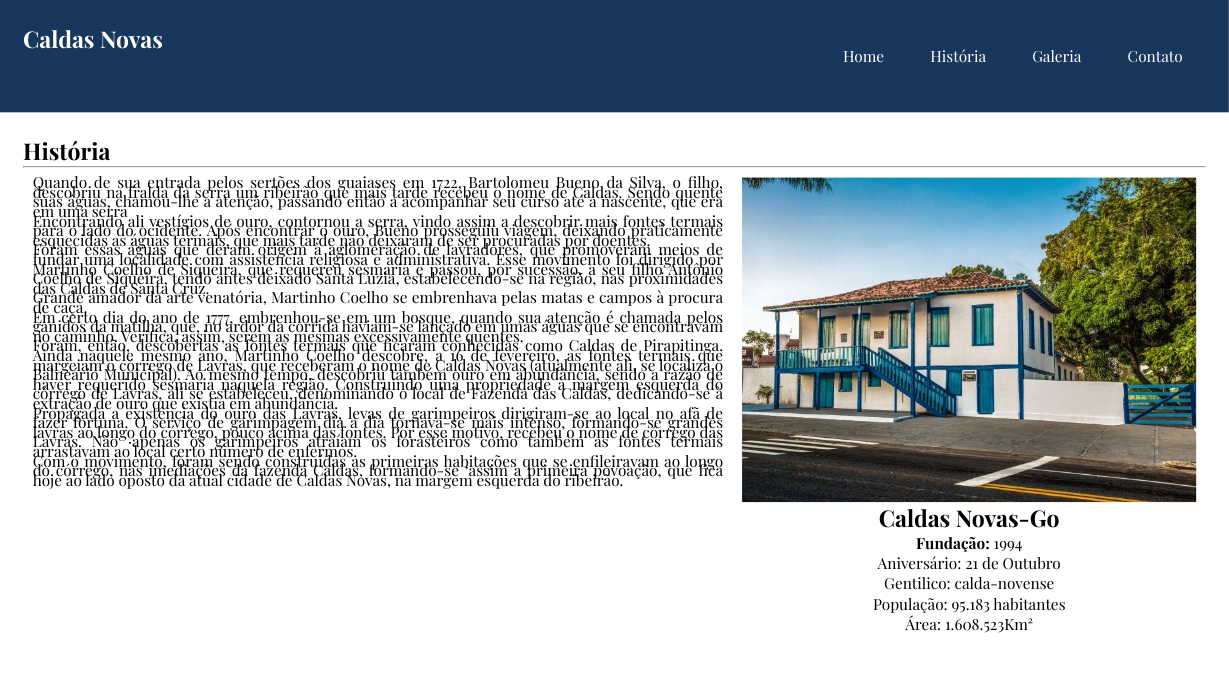
Repository: AbiezerSidonioJoseOdanacaJunior/DesafioLocalTuristico
Page: index.html
These files come from the project's save history. The page is drawn as it stood at one moment and after the next save; the edit follows.
The browser window is 1280 px wide. The pictures show the whole page, at 96% of full size.
Some web fonts or font styles are not loaded; a fallback is used.

Above is the page before, as saved 2024-11-11 16:05:01.

### index.html
<!DOCTYPE html>
<html lang="pt-br">
<head>
    <link rel="preconnect" href="https://fonts.googleapis.com">
    <link rel="preconnect" href="https://fonts.gstatic.com" crossorigin>
    <meta charset="UTF-8">
    <meta name="viewport" content="width=device-width, initial-scale=1.0">
    <title>Caldas Novas</title>
    <link rel="stylesheet" href="./css/style.css">
    <link href="https://fonts.googleapis.com/css2?family=Alice&family=Playfair+Display:ital,wght@0,400..900;1,400..900&display=swap" rel="stylesheet">
</head>
<body>
    <div id="page">
        <nav>
            <!-- <img src="./img/clds.png" alt="logo Caldas novas"> -->
             <h1>Caldas Novas</h1>
            <ul>
                <li><a href="#home">Home</a></li>
                <li><a href="#history">História</a></li>
                <li><a href="#gallery">Galeria</a></li>
                <li><a href="#contact">Contato</a></li>
            </ul>
        </nav>
        <main>
            <section id="history">
                <h1>História</h1>
                <hr>
               <div id="about">
                <div id="text-history">
                    <p>Quando de sua entrada pelos sertões dos guaiases em 1722, Bartolomeu Bueno da Silva, o filho, descobriu na fralda da serra um ribeirão que mais tarde recebeu o nome de Caldas. Sendo quente suas águas, chamou-lhe a atenção, passando então a acompanhar seu curso até a nascente, que era em uma serra</p>
                    <p>Encontrando ali vestígios de ouro, contornou a serra, vindo assim a descobrir mais fontes termais para o lado do ocidente. Após encontrar o ouro, Bueno prosseguiu viagem, deixando praticamente esquecidas as águas termais, que mais tarde não deixaram de ser procuradas por doentes.</p>
                    <p>Foram essas águas que deram origem à aglomeração de lavradores, que promoveram meios de fundar uma localidade com assistência religiosa e administrativa. Esse movimento foi dirigido por Martinho Coelho de Siqueira, que requereu sesmaria e passou, por sucessão, a seu filho Antônio Coelho de Siqueira, tendo antes deixado Santa Luzia, estabelecendo-se na região, nas proximidades das Caldas de Santa Cruz.</p>
                    <p>Grande amador da arte venatória, Martinho Coelho se embrenhava pelas matas e campos à procura de caça.</p>
                    <p>Em certo dia do ano de 1777, embrenhou-se em um bosque, quando sua atenção é chamada pelos ganidos da matilha, que, no ardor da corrida haviam-se lançado em umas águas que se encontravam no caminho. Verifica, assim, serem as mesmas excessivamente quentes.</p>
                    <p>Foram, então, descobertas as fontes termais que ficaram conhecidas como Caldas de Pirapitinga. Ainda naquele mesmo ano, Martinho Coelho descobre, a 16 de fevereiro, as fontes termais que margeiam o córrego de Lavras, que receberam o nome de Caldas Novas (atualmente ali, se localiza o Balneário Municipal). Ao mesmo tempo, descobriu também ouro em abundância, sendo a razão de haver requerido sesmaria naquela região. Construindo uma propriedade à margem esquerda do córrego de Lavras, ali se estabeleceu, denominando o local de Fazenda das Caldas, dedicando-se à extração de ouro que existia em abundância.</p>
                    <p>Propagada a existência do ouro das Lavras, levas de garimpeiros dirigiram-se ao local no afã de fazer fortuna. O serviço de garimpagem dia a dia tornava-se mais intenso, formando-se grandes lavras ao longo do córrego, pouco acima das fontes. Por esse motivo, recebeu o nome de córrego das Lavras. Não ·apenas os garimpeiros atraíam os forasteiros como também as fontes termais arrastavam ao local certo número de enfermos.</p>
                    <p>Com o movimento, foram sendo construídas as primeiras habitações que se enfileiravam ao longo do córrego, nas imediações da fazenda Caldas, formando-se ‘assim a primeira povoação, que fica hoje ao lado oposto da atual cidade de Caldas Novas, na margem esquerda do ribeirão.</p>
                </div>
                <div id="image-history">
                    <img src="./img/imghistory.jpg" alt="Imagem Caldas">
                    <h2>Caldas Novas-Go</h2>
                    <p><b>Fundação:</b> 1994 </p>
                    <p>Aniversário: 21 de Outubro </p>
                    <p>Gentilico: calda-novense </p>
                    <p>População: 95.183 habitantes</p>
                    <p>Área: 1.608.523Km²</p>
                </div>
               </div>
            </section>
        </main>
    </div>

</body>
</html>

### css/style.css
* {
    padding: 0;
    margin: 0;
    box-sizing: border-box;
}
body{
    font-family: "Playfair Display", serif;
}

nav {
    display: flex;
    background-color: #19375c;
}

nav img {
    width: 116px;
    height: 92px;
}

nav h1{
    color:#fff;
    padding: 24px;
}

ul{
    display: flex;
    padding: 24px;
    margin-left: auto;
}

ul li {
    padding: 24px;
    list-style: none;
}

ul li a {
    text-decoration: none;
    color: #fff;
}

#history {
    width: 100%;
    height: 100%;
    padding: 24px;
    box-sizing: border-box;

}

#about {
    display: flex;
    width: 100%;
    max-width: 100vw;
    overflow-x: hidden;;
}

#text-history {
    flex: 0 0 60%;
    padding: 10px;
    text-align: justify;
    line-height: 10px;
}

#image-history {
    flex: 0 0 40%; /* Ocupa 25% da largura */
    padding: 10px;
    display: flex;
    flex-direction: column;
    align-items: center;
    text-align: center;
}

#image-history img {
    max-width: 100%;
    height: auto;
}

After the next save:
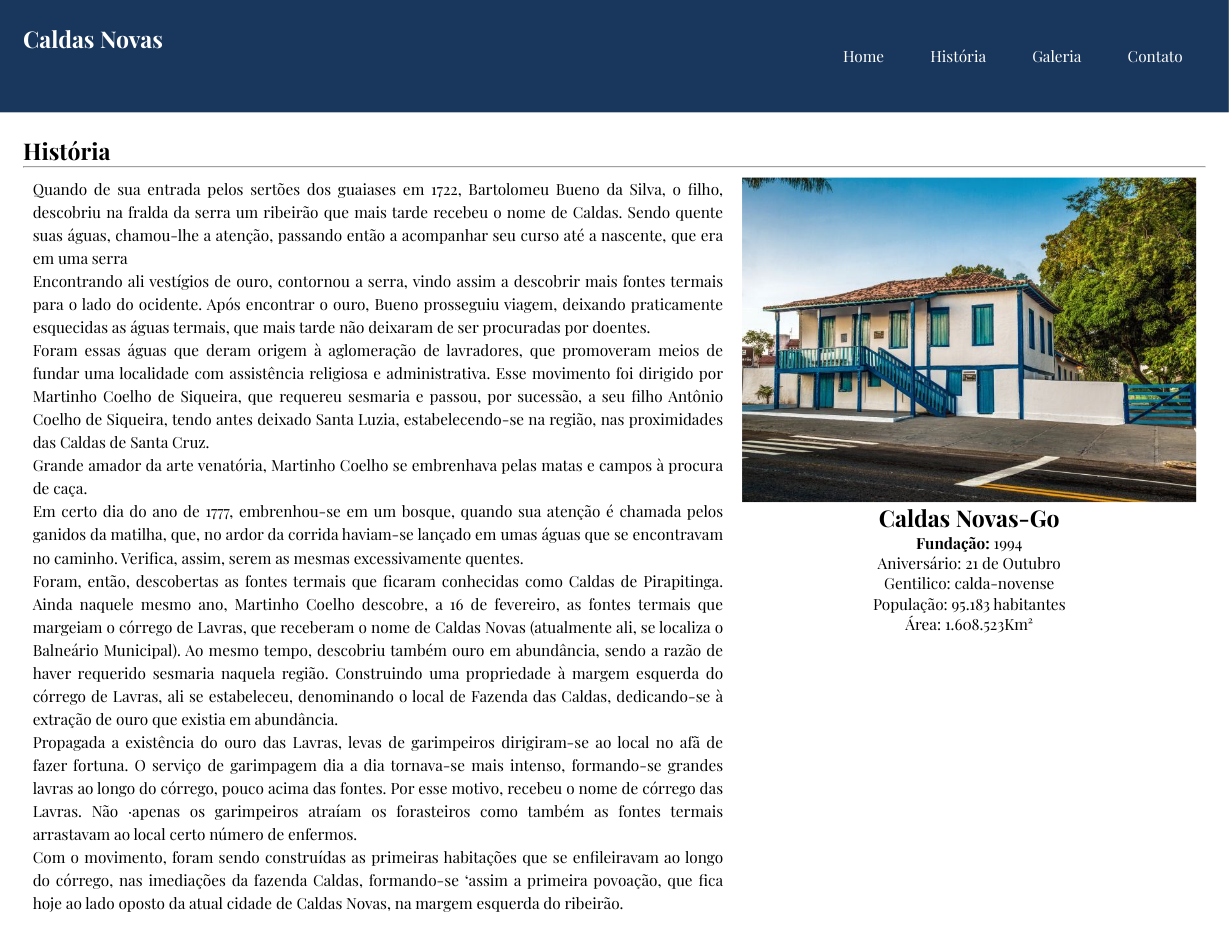
Saved 11 s later.
--- a/css/style.css
+++ b/css/style.css
@@ -57,7 +57,7 @@
     flex: 0 0 60%;
     padding: 10px;
     text-align: justify;
-    line-height: 10px;
+    line-height: 24px;
 }
 
 #image-history {
